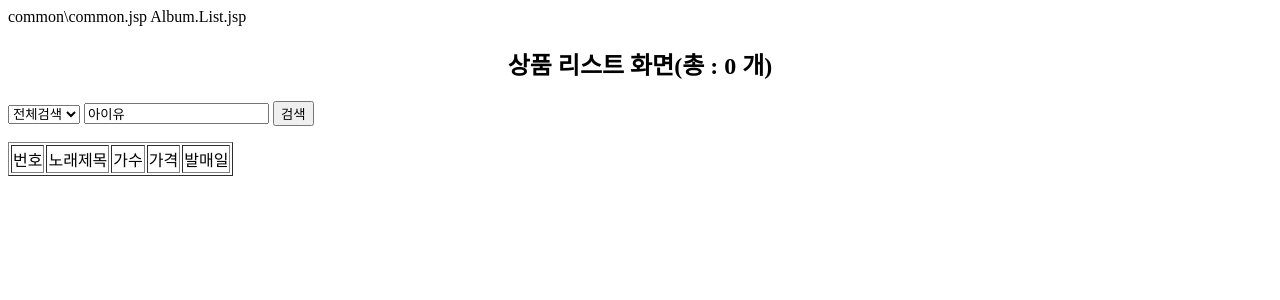
Repository: ChanhoPark-s/academyStudy
Page: http://localhost/13_Spring_MyBatis_Album/WEB-INF/album/AlbumList.jsp
These files come from the project's save history. The page is drawn as it stood at one moment and after the next save; the edit follows.
The browser window is 1280 px wide. The pictures show the whole page.
The page is served by Tomcat 9. Nobody is signed in. The template is opened directly, without the code that normally fills it, so the values that code supplies are empty.

Above is the page before, as saved 2022-08-24 00:20:31.

After the next save:
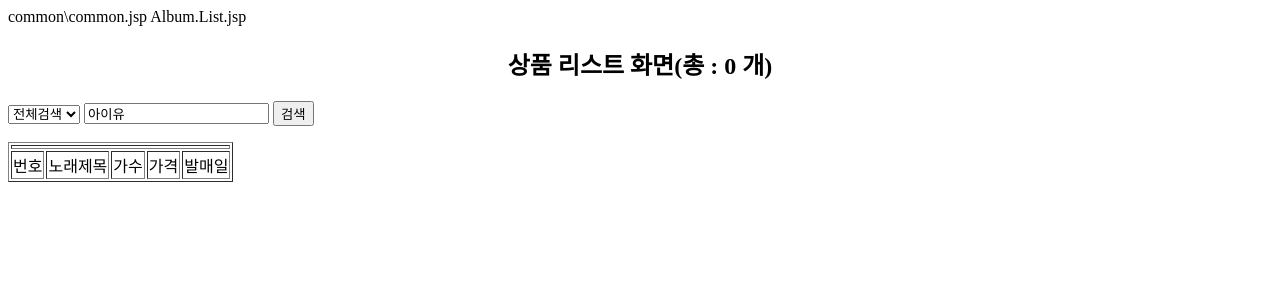
Saved 36 s later.
--- a/13_Spring_MyBatis_Album/src/main/webapp/WEB-INF/album/AlbumList.jsp
+++ b/13_Spring_MyBatis_Album/src/main/webapp/WEB-INF/album/AlbumList.jsp
@@ -15,6 +15,9 @@ Album.List.jsp<br>
 </form>
 
 <table border="1">
+	<tr>
+		<td colspan="5" align="right"></td>
+	</tr>
 	<tr>
 		<td>번호</td>
 		<td>노래제목</td>
